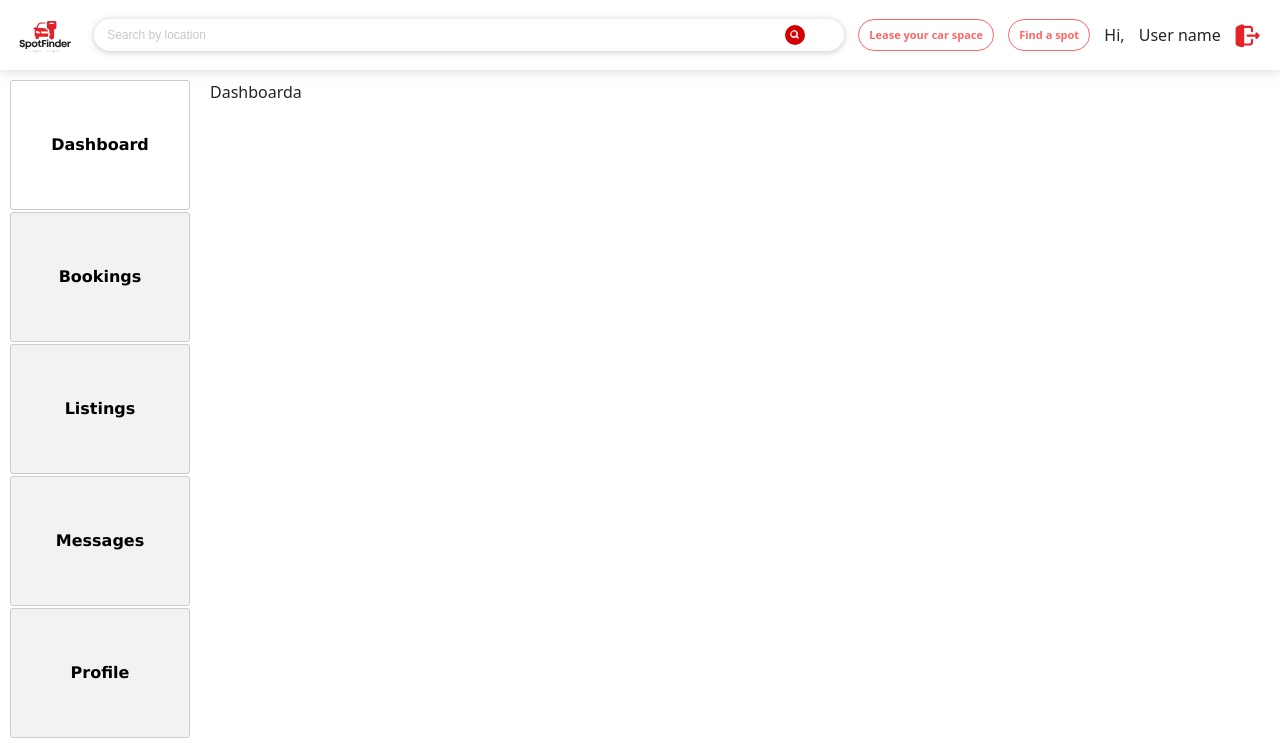
Repository: UNSWSpotFinder/SpotFinder
Page: /dashboard (app in frontend/)
The author's editor kept a copy of each file at every save. The page is drawn from the files as they stood at one save, then again after the next save.
The browser window is 1280 px wide. The pictures show the whole page.
The project was rebuilt for these pictures with package versions that can differ from the ones it lists, and the page was loaded fresh each time. Also part of the build but not shown: frontend/src/Login.css, frontend/src/Login.jsx, frontend/src/Regist.css, frontend/src/Regist.jsx, frontend/src/HomePage.jsx, frontend/src/App.css, frontend/src/components/Bookings.jsx, frontend/src/components/Listings.jsx and 2 more.

Above is the page before, as saved 2024-03-09 20:50:54.

After the next save:
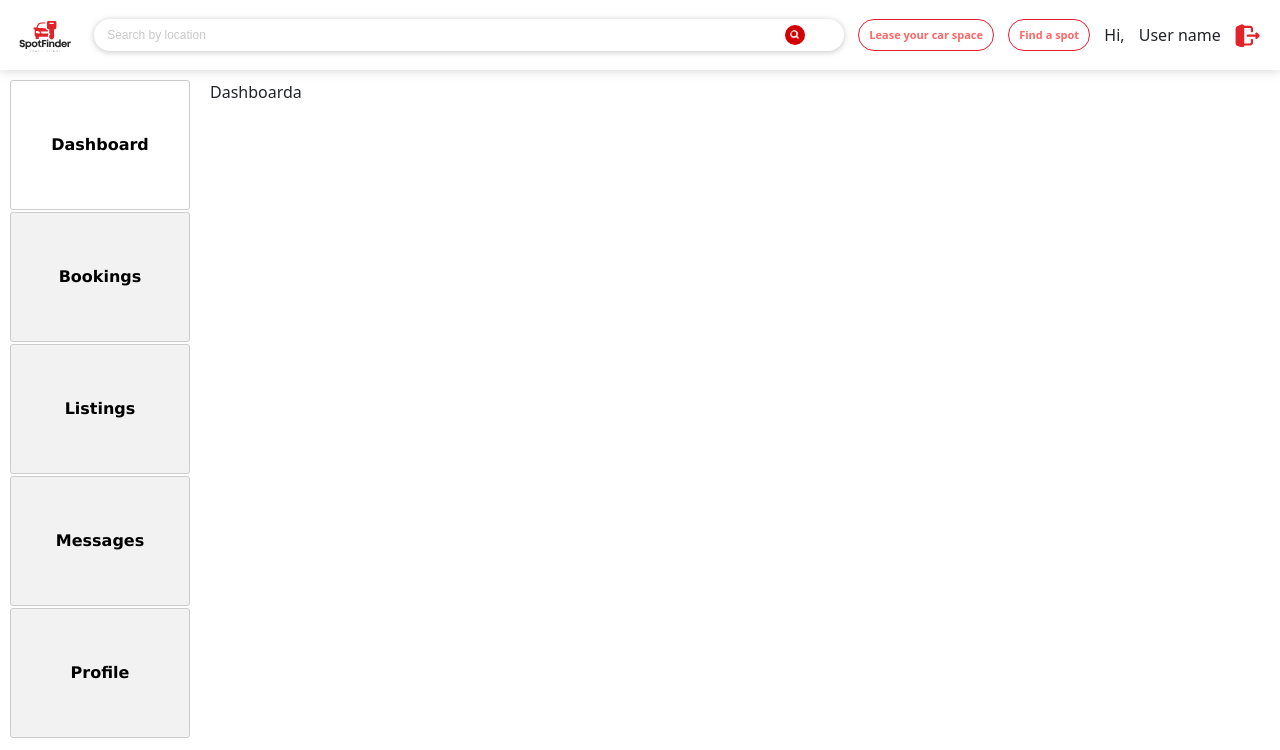
Saved 42 s later.
--- a/frontend/src/components/DashboardTop.css
+++ b/frontend/src/components/DashboardTop.css
@@ -10,7 +10,7 @@
 /* 顶部导航部分 */
 .top-button {
     padding: 7px 10px;
-    border: 1px solid #f66;
+    border: 1px solid #e11e2c;
     border-radius: 25px;
     outline: none;
     background-color: #fff;
